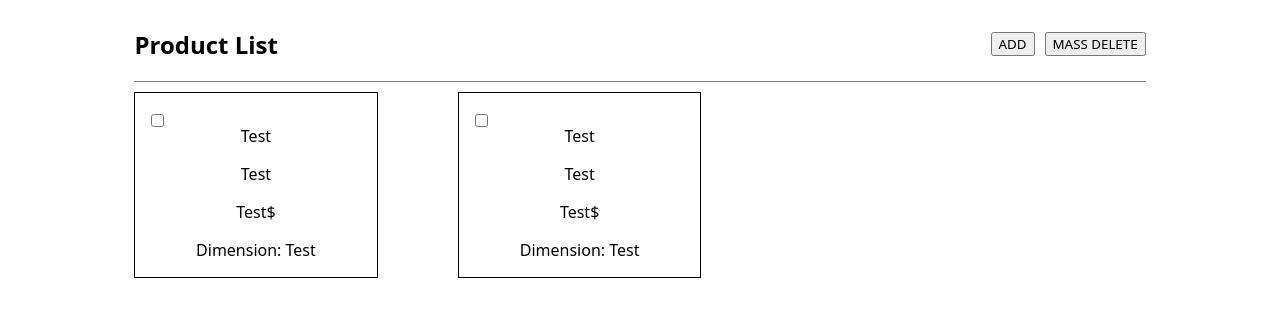
Repository: gabyto19/scandiweb
Page: http://localhost/
The author's editor kept a copy of each file at every save. The page is drawn from the files as they stood at one save, then again after the next save.
The browser window is 1280 px wide. The pictures show the whole page.
The page is run by PHP 8.4 with error messages shown; the project is at /var/www/html/.

Above is the page before, as saved 2023-03-07 18:37:56.

After the next save:
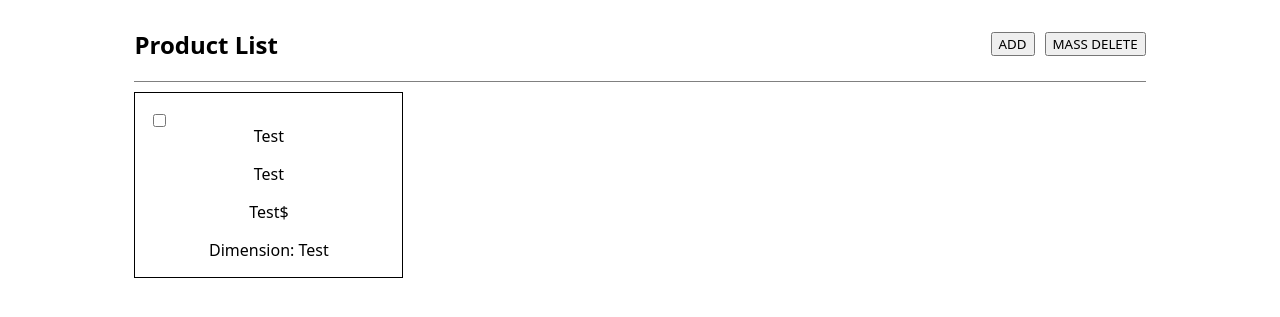
Saved 7 s later.
--- a/index.php
+++ b/index.php
@@ -31,13 +31,7 @@
         <p>Test$</p>
         <p>Dimension: Test</p>
       </div>
-      <div>
-        <input type="checkbox" id="delete-checkbox" class="delete-checkbox" />
-        <p>Test</p>
-        <p>Test</p>
-        <p>Test$</p>
-        <p>Dimension: Test</p>
-      </div>
+
 
       </div>
     </div>
